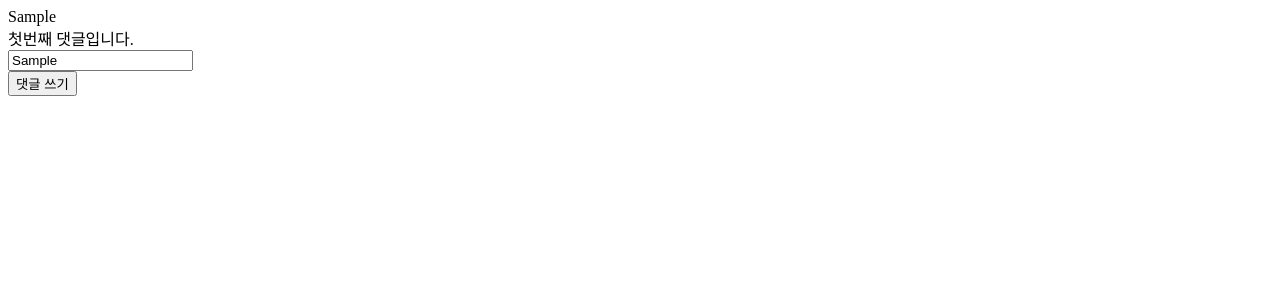
Repository: bk6717/jspwork
Page: http://localhost/blog/test/AjaxRequestTest.jsp
The author's editor kept a copy of each file at every save. The page is drawn from the files as they stood at one save, then again after the next save.
The browser window is 1280 px wide. The pictures show the whole page.
Empty fields were first filled with sample values (such as "Sample", 5 or name@example.com).
After loading, the first visible `button` was clicked once.
The page is served by Tomcat 9.

Above is the page before, as saved 2020-06-02 05:20:26.

After the next save:
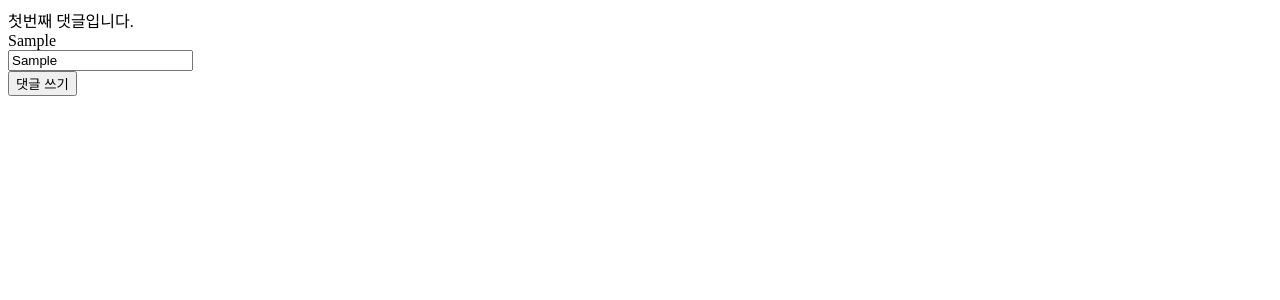
Saved 27 s later.
--- a/blog2/src/com/cos/blog/WebContent/test/AjaxRequestTest.jsp
+++ b/blog2/src/com/cos/blog/WebContent/test/AjaxRequestTest.jsp
@@ -20,7 +20,7 @@
 <script>
 function start(){
 	var a = $('#tf-reply').val();
-	$('#reply-1').before("<div id = 'reply-2'>"+a+"</div>");
+	$('#reply-1').after("<div id = 'reply-2'>"+a+"</div>");
 }
 </script>
 

After the save that followed:
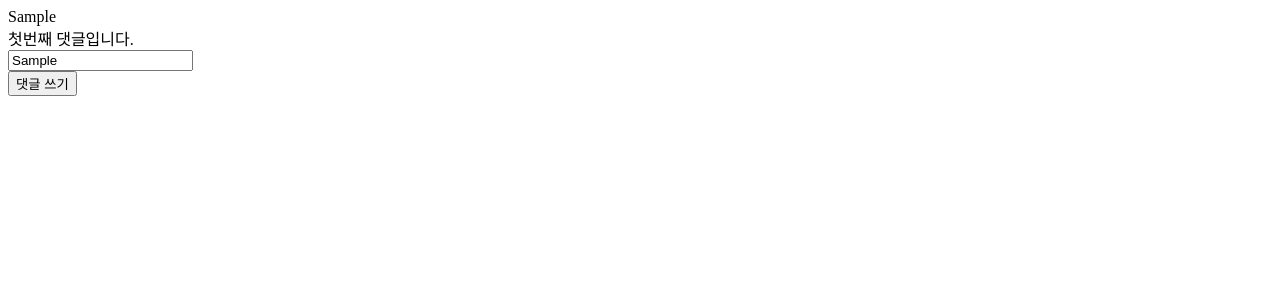
Saved 115 s later.
--- a/blog2/src/com/cos/blog/WebContent/test/AjaxRequestTest.jsp
+++ b/blog2/src/com/cos/blog/WebContent/test/AjaxRequestTest.jsp
@@ -20,7 +20,7 @@
 <script>
 function start(){
 	var a = $('#tf-reply').val();
-	$('#reply-1').after("<div id = 'reply-2'>"+a+"</div>");
+	$('#reply-1').before("<div id = 'reply-2'>"+a+"</div>");
 }
 </script>
 
